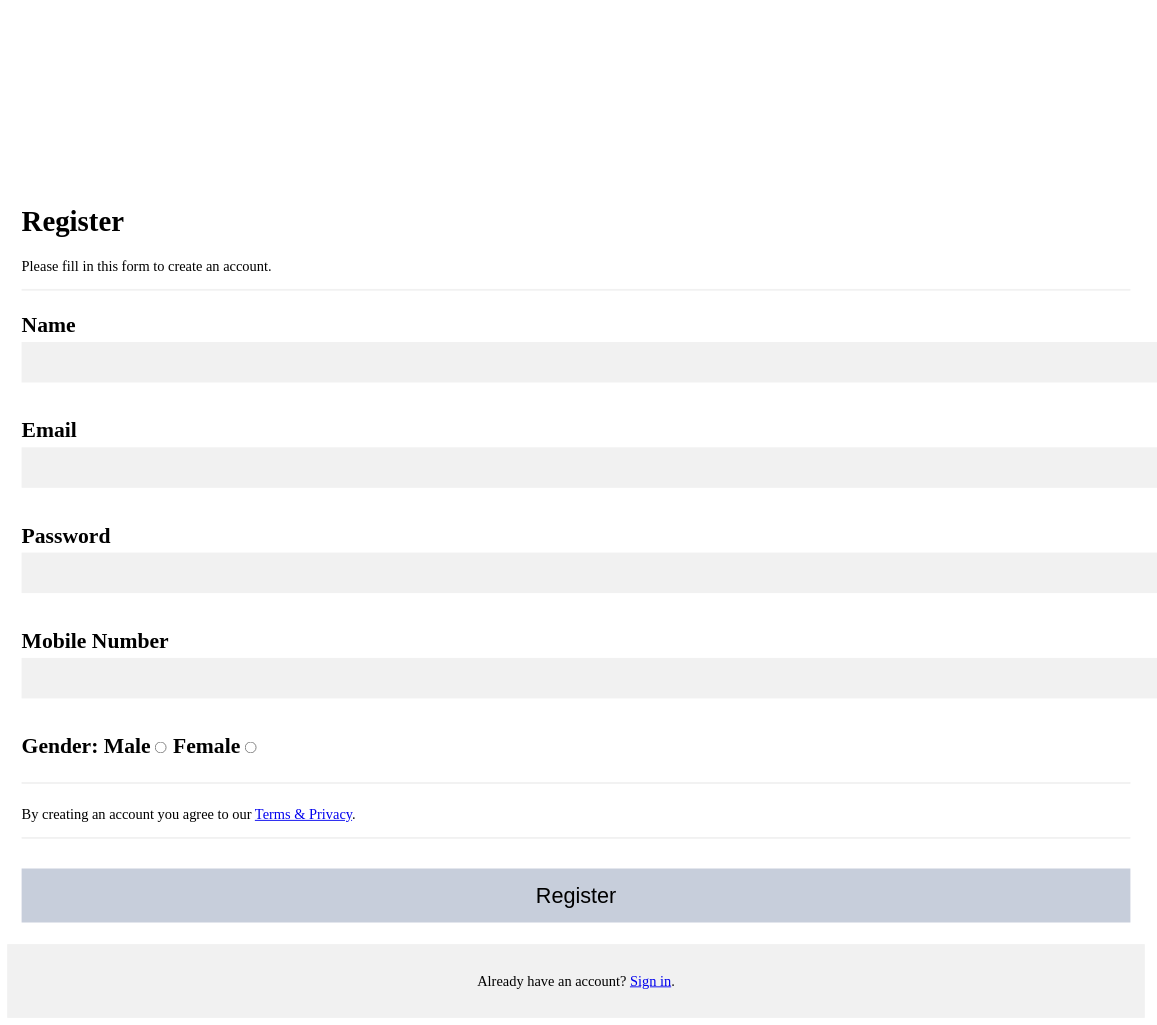
Repository: pavani122/Ecommerce
Page: http://localhost/Ecommerce/WEB-INF/view/register.jsp
The author's editor kept a copy of each file at every save. The page is drawn from the files as they stood at one save, then again after the next save.
The browser window is 1280 px wide. The page is 1286 px wide, so the pictures cover 1286 px, including what lies to the right of the window. The pictures show the whole page, at 90% of full size.
The page is served by Tomcat 9. Nobody is signed in. The template is opened directly, without the code that normally fills it, so the values that code supplies are empty.

Above is the page before, as saved 2022-09-01 13:24:21.

After the next save:
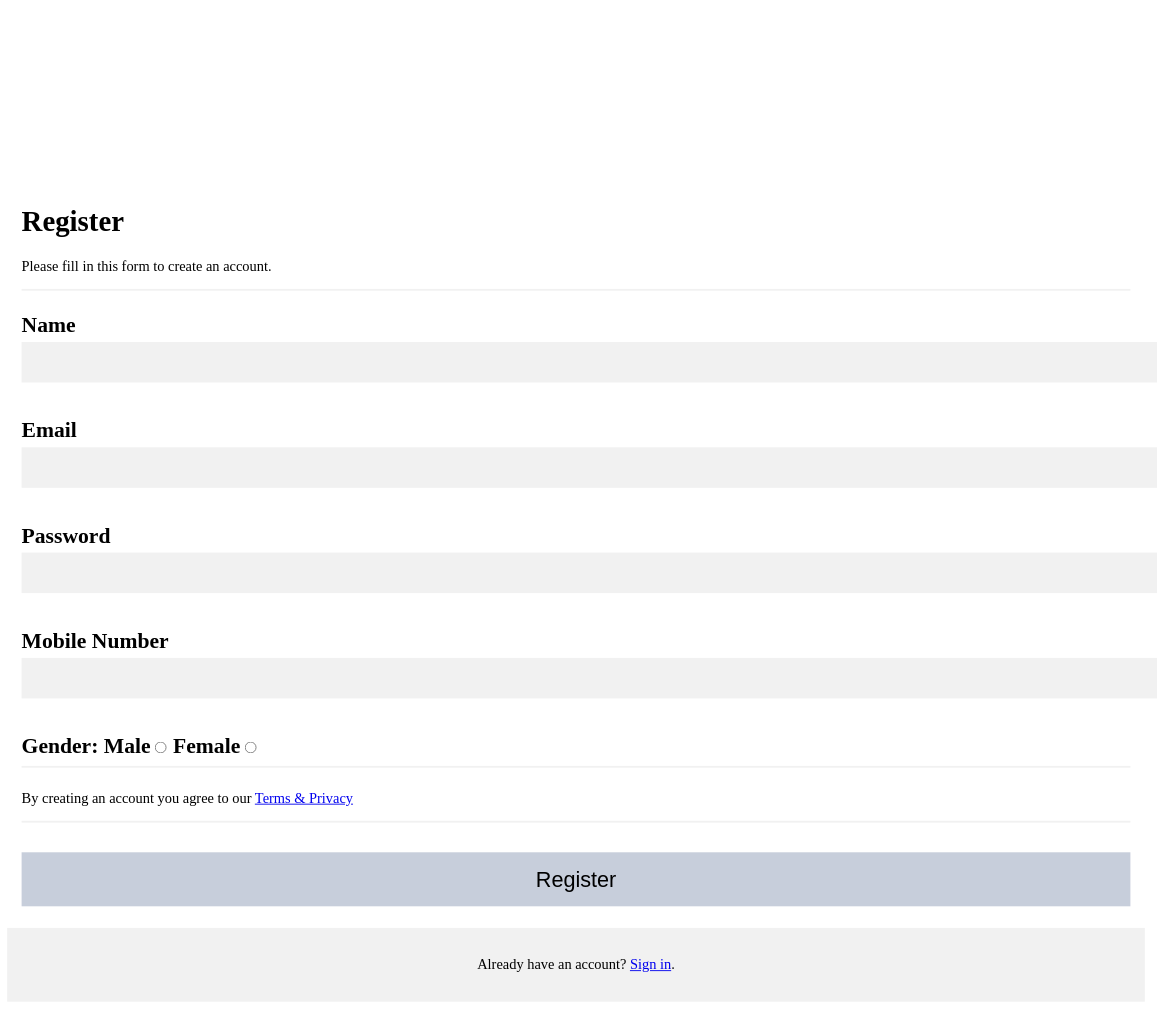
Saved 51 s later.
--- a/Ecommerce/src/main/webapp/WEB-INF/view/register.jsp
+++ b/Ecommerce/src/main/webapp/WEB-INF/view/register.jsp
@@ -79,8 +79,9 @@ ${notRegistered }<br><br></h1>
 <label id="fields"><b>Male</b></label><form:radiobutton path="gender" value="male"/>
 <label id="fields"><b>Female</b></label><form:radiobutton path="gender" value="female"/>
 <form:errors path="*"></form:errors>
-<br><br><hr>
- <p>By creating an account you agree to our <a href="#">Terms & Privacy</a>.</p><hr>
+<br><hr>
+ <p>By creating an account you agree to our <a href="#">Terms & Privacy</a></p>
+ <hr>
 <input type="submit" value="Register">
 </div>
 
